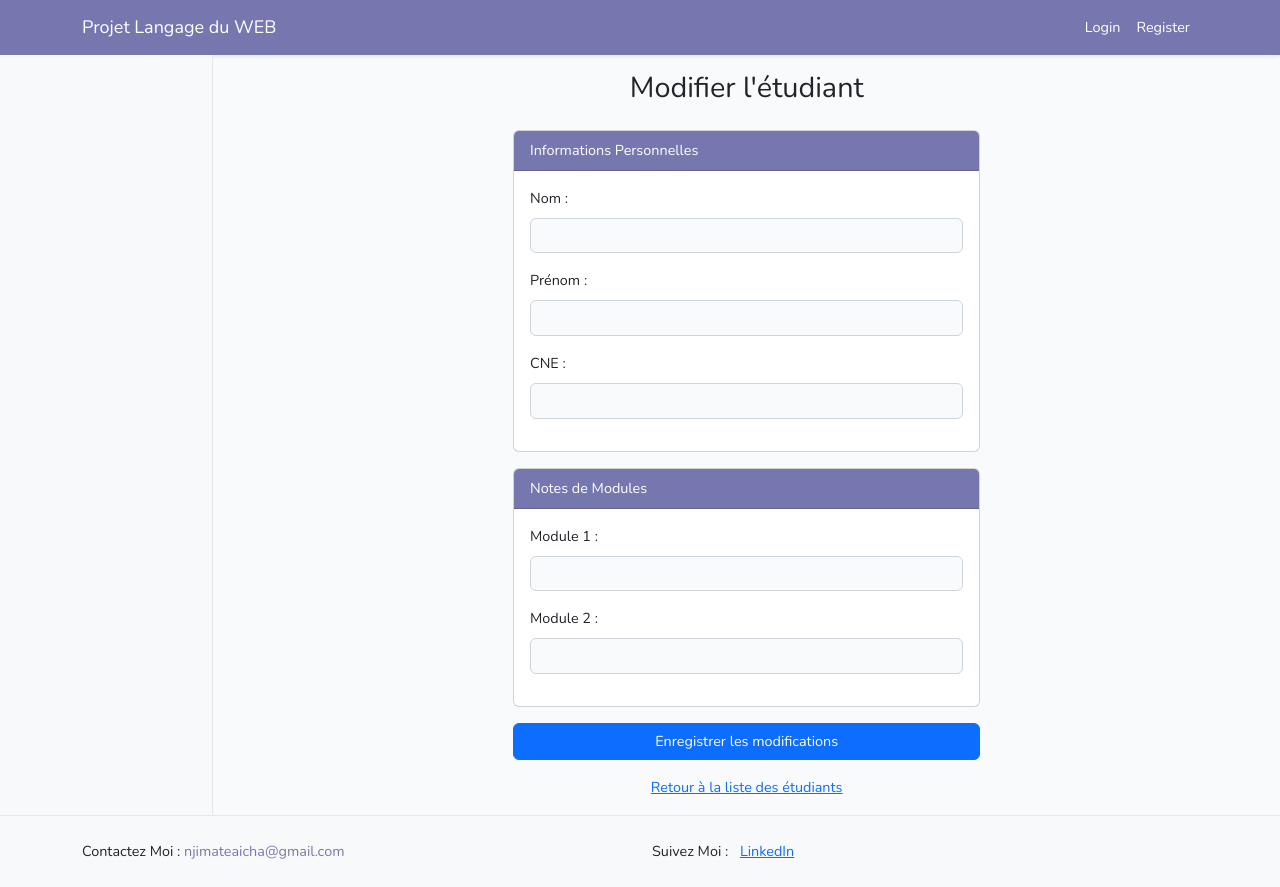
Repository: NjimateAicha/LaravelWeb
Page: resources/views/etudiant/edit.blade.php
The author's editor kept a copy of each file at every save. The page is drawn from the files as they stood at one save, then again after the next save.
The browser window is 1280 px wide. The pictures show the whole page.
Some web libraries are served in a nearby version. The page is served by the project's Laravel application, run on PHP 8.4 with Laravel 9. Other server files are loaded and not shown. Style sheets and scripts are compiled from the project's sources, by tool versions that may differ from the author's. The template is opened directly, without the code that normally fills it, so the values that code supplies are empty.

Above is the page before, as saved 2024-05-19 18:10:05.

### routes/web.php
<?php

use App\Http\Controllers\AproposDeMoiController;
use App\Http\Controllers\ChartsController;
use App\Http\Controllers\EtudiantController;
use App\Http\Controllers\formulairesController;
use App\Http\Controllers\ImageController;
use App\Http\Controllers\JsController;
use App\Http\Controllers\MapController;
use App\Http\Controllers\MatriceController;
use App\Http\Controllers\PhpController;
use App\Http\Controllers\ProjetController;
use App\Http\Controllers\QuizController;
use Illuminate\Support\Facades\Auth;
use Illuminate\Support\Facades\Route;

/*
|--------------------------------------------------------------------------
| Web Routes
|--------------------------------------------------------------------------
|
| Here is where you can register web routes for your application. These
| routes are loaded by the RouteServiceProvider within a group which
| contains the "web" middleware group. Now create something great!
|
*/

Route::get('/', function () {
    return view('auth.login');
});


Auth::routes();

Route::get('/home', [App\Http\Controllers\HomeController::class, 'index'])->name('home');

Route::get('/projets', [ProjetController::class, 'index'])->name('projets.index');
Route::get('/aproposDeMoi', [AproposDeMoiController::class, 'index'])->name('aProposDeMoi.index');


/* CRUD Student */
Route::resource('/etudiant' ,EtudiantController::class );
/* CRUD image */
Route::resource('/image' ,ImageController::class );
/* CRUD Maps */
Route::resource('/map' ,MapController::class );
/* CRUD Charts */
Route::resource('/charts' ,ChartsController::class );
/* Matrice */
Route::resource('/matrice' ,MatriceController::class );
/* quiz */
Route::resource('/Quiz' ,QuizController::class );
Route::get('/quiz/javascript', [QuizController::class, 'javascriptQuiz'])->name('quiz.javascript');
Route::post('/quiz/calculateJS', [QuizController::class, 'calculateScoreJS'])->name('quiz.calculateJS');
Route::get('/quiz/php', [QuizController::class, 'phpQuiz'])->name('quiz.php');
Route::post('/quiz/calculatePHP', [QuizController::class, 'calculateScorePHP'])->name('quiz.calculatePHP');

### resources/views/etudiant/edit.blade.php
@extends('layouts.app')

@section('content')
<style>
    h1 {
        color: #7777af;
    }
    .card-header {
        color: #fff;
        background-color: #7777af;
    }
    .custom-btn {
        color: #fff;
        background-color: #7777af;
        border: none;
    }
    .custom-btn:hover {
        background-color: #555577;
    }
    .card-title {
        color: #7777af;
    }
</style>
    <div class="container mt-3">
        @if ($errors->any())
            <div class="alert alert-danger">
                <ul>
                    @foreach ($errors->all() as $error)
                        <li>{{ $error }}</li>
                    @endforeach
                </ul>
            </div>
        @endif

        <h2 class="text-center mb-4">Modifier l'étudiant</h2>
        <div class="col-md-6 mx-auto">
            <form action="{{ route('etudiant.update', $etudiant->id) }}" method="POST">
                @csrf
                @method('PUT') <!-- Utilisez cette directive pour spécifier la méthode PUT -->

                <!-- Informations personnelles -->
                <div class="card mb-3">
                    <div class="card-header">Informations Personnelles</div>
                    <div class="card-body">
                        <div class="form-group">
                            <label for="nom">Nom :</label>
                            <input type="text" class="form-control" id="nom" name="nom"
                                value="{{ $etudiant->nom }}" required>
                        </div>
                        <div class="form-group">
                            <label for="prenom">Prénom :</label>
                            <input type="text" class="form-control" id="prenom" name="prenom"
                                value="{{ $etudiant->prenom }}" required>
                        </div>
                        <div class="form-group">
                            <label for="cne">CNE :</label>
                            <input type="text" class="form-control" id="cne" name="cne"
                                value="{{ $etudiant->cne }}" required>
                        </div>
                    </div>
                </div>
                <!-- Notes de modules -->
                <div class="card mb-3">
                    <div class="card-header">Notes de Modules</div>
                    <div class="card-body">
                        <div class="form-group">
                            <label for="note1">Module 1 :</label>
                            <input type="number" class="form-control" id="note1" name="note1"
                                value="{{ $etudiant->note1 }}" required>
                        </div>
                        <div class="form-group">
                            <label for="note2">Module 2 :</label>
                            <input type="number" class="form-control" id="note2" name="note2"
                                value="{{ $etudiant->note2 }}" required>
                        </div>
                    </div>
                </div>

                <!-- Bouton Valider -->
                <button type="submit" class="btn btn-primary btn-block">Enregistrer les modifications</button>
            </form>
            <!-- Lien pour revenir à la liste des étudiants -->
            <p class="text-center mt-3"><a href="{{ route('etudiant.index') }}">Retour à la liste des étudiants</a></p>
        </div>
    </div>
@endsection

### resources/views/layouts/app.blade.php
<!doctype html>
<html lang="{{ str_replace('_', '-', app()->getLocale()) }}">

<head>
    <meta charset="utf-8">
    <meta name="viewport" content="width=device-width, initial-scale=1">

    <!-- CSRF Token -->
    <meta name="csrf-token" content="{{ csrf_token() }}">

    <title>{{ config('app.name', 'Aicha\'s Portfolio') }}</title>

    <!-- Fonts -->
    <link rel="dns-prefetch" href="//fonts.bunny.net">
    <link href="https://fonts.bunny.net/css?family=Nunito" rel="stylesheet">

    <!-- Styles -->
    <link rel="stylesheet" href="https://maxcdn.bootstrapcdn.com/bootstrap/4.5.2/css/bootstrap.min.css">
    <style>

        body {
            font-family: 'Nunito', sans-serif;
        }
        .navbar {
            background-color: #7777af;
        }
        .navbar-brand, .navbar-nav .nav-link {
            color: white !important;
        }
        .sidebar {
            background-color: #f8f9fa;
            border-right: 1px solid #e7e7e7;
        }
        .sidebar .nav-link {
            color: #7777af;
        }
        .sidebar .nav-link:hover {
            color: #7777af;
        }
        .font-weight-bold {
            font-weight: bold !important;
        }
        footer {
            background-color: #f8f9fa;
            border-top: 1px solid #e7e7e7;
            padding: 10px 0;
        }
        footer p {
            margin: 0;
        }
    </style>
    <!-- Scripts -->
    @vite(['resources/sass/app.scss', 'resources/js/app.js'])
</head>

<body>
    <div id="app">
        <nav class="navbar navbar-expand-md navbar-light shadow-sm">
            <div class="container">
                <a class="navbar-brand" href="{{ url('/') }}">
                    Projet Langage du WEB
                </a>
                <button class="navbar-toggler" type="button" data-toggle="collapse" data-target="#navbarSupportedContent" aria-controls="navbarSupportedContent" aria-expanded="false" aria-label="{{ __('Toggle navigation') }}">
                    <span class="navbar-toggler-icon"></span>
                </button>

                <div class="collapse navbar-collapse" id="navbarSupportedContent">
                    <!-- Left Side Of Navbar -->
                    <ul class="navbar-nav me-auto"></ul>

                    <!-- Right Side Of Navbar -->
                    <ul class="navbar-nav ms-auto">
                        <!-- Authentication Links -->
                        @guest
                            @if (Route::has('login'))
                                <li class="nav-item">
                                    <a class="nav-link" href="{{ route('login') }}">{{ __('Login') }}</a>
                                </li>
                            @endif

                            @if (Route::has('register'))
                                <li class="nav-item">
                                    <a class="nav-link" href="{{ route('register') }}">{{ __('Register') }}</a>
                                </li>
                            @endif
                        @else
                            <li class="nav-item dropdown">
                                <a id="navbarDropdown" class="nav-link dropdown-toggle" href="#" role="button" data-toggle="dropdown" aria-haspopup="true" aria-expanded="false" v-pre>
                                    {{ Auth::user()->name }}
                                </a>

                                <div class="dropdown-menu dropdown-menu-right" aria-labelledby="navbarDropdown">
                                    <a class="dropdown-item" href="{{ route('logout') }}"
                                       onclick="event.preventDefault();
                                                     document.getElementById('logout-form').submit();">
                                        {{ __('Logout') }}
                                    </a>

                                    <form id="logout-form" action="{{ route('logout') }}" method="POST" class="d-none">
                                        @csrf
                                    </form>
                                </div>
                            </li>
                        @endguest
                    </ul>
                </div>
            </div>
        </nav>

        <div class="container-fluid">
            <div class="row">
                <nav class="col-md-2 d-none d-md-block sidebar">
                    <div class="position-sticky pt-3" style="height: 400px">
                        <ul class="nav flex-column">
                            @auth
                                <li class="nav-item">
                                    <a class="nav-link active font-weight-bold" aria-current="page" href="{{ route('aProposDeMoi.index') }}">À propos de moi</a>
                                </li>
                                <li class="nav-item">
                                    <a class="nav-link font-weight-bold" href="{{ route('projets.index') }}">Mes Projets</a>
                                </li>
                            @endauth
                        </ul>
                    </div>
                </nav>
                <main class="col-md-9 ms-sm-auto col-lg-10 px-md-4">
                    @yield('content')
                </main>
            </div>
        </div>

        <footer class="bg-light py-4">
            <div class="container">
                <div class="row justify-content-between">
                    <div class="col-md-6">
                        <p class="d-inline">Contactez Moi : <span style="color: #7777af;">njimateaicha@gmail.com</span></p>
                    </div>
                    <div class="col-md-6">
                        <p class="d-inline-block me-2 mb-0">Suivez Moi :</p>
                        <a href="https://www.linkedin.com/" class="text-blue-500 hover:text-7777af-700 d-inline-block" target="_blank">LinkedIn</a>
                    </div>
                </div>
            </div>
        </footer>
    </div>

    <!-- Bootstrap JS and dependencies -->
    <script src="https://code.jquery.com/jquery-3.5.1.slim.min.js"></script>
    <script src="https://cdn.jsdelivr.net/npm/@popperjs/core@2.5.4/dist/umd/popper.min.js"></script>
    <script src="https://maxcdn.bootstrapcdn.com/bootstrap/4.5.2/js/bootstrap.min.js"></script>
</body>

</html>

Loaded but not shown: app/Http/Controllers/Auth/ConfirmPasswordController.php (common file); app/Http/Controllers/Controller.php (common file); resources/sass/app.scss (common file); resources/sass/_variables.scss (common file)

After the next save:
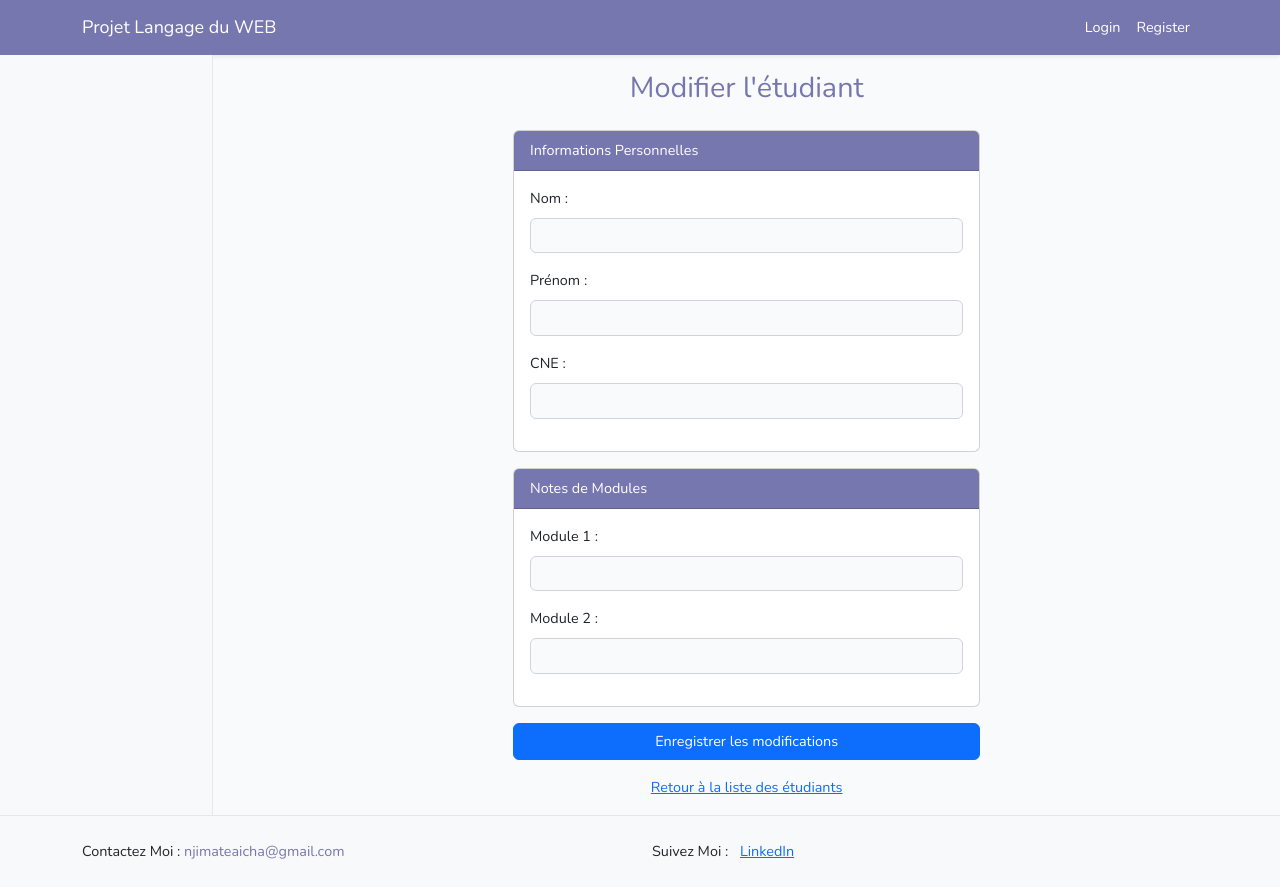
Saved 6 s later.
--- a/resources/views/etudiant/edit.blade.php
+++ b/resources/views/etudiant/edit.blade.php
@@ -2,7 +2,7 @@
 
 @section('content')
 <style>
-    h1 {
+    h2 {
         color: #7777af;
     }
     .card-header {
